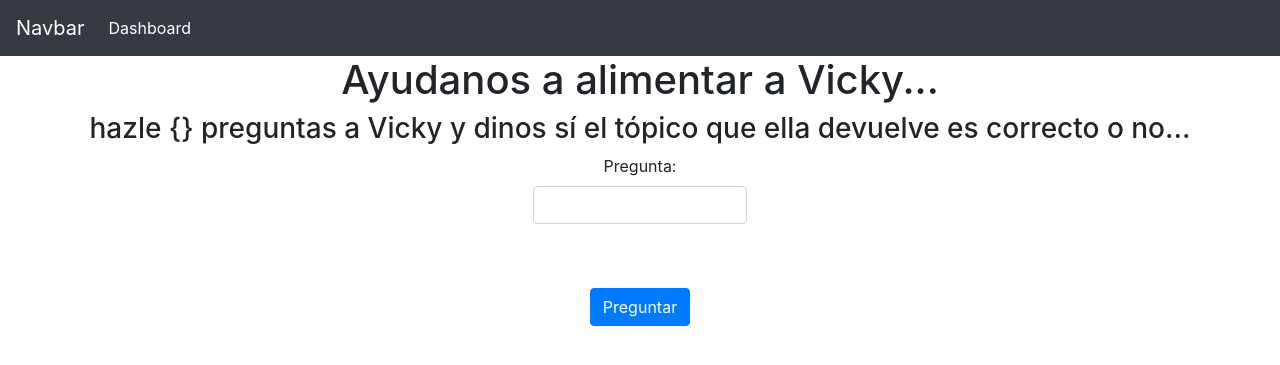
Repository: Crixtiancub/feedback_Vicky
Page: http://localhost/
An editor plug-in stored every save of this project. The page is shown before and after the next save, followed by the edit.
The browser window is 1280 px wide. The pictures show the whole page.
The page is served by the project's application, run on Django 3.2 (manage.py). Other server files are loaded and not shown.

Above is the page before, as saved 2021-04-29 08:56:35.

### vicky/templates/dashboard.html
{% extends 'main.html' %}

{% block content %}

<center>
    <h1>Ayudanos a alimentar a Vicky...</h1>

    <h3>hazle {} preguntas a Vicky y dinos sí el tópico que ella
        devuelve es correcto o no...</h3>

    <form action="{% url 'home' %}">
        {% csrf_token%}

        <div class="form-group">
            <label for="txt_pregunta_Vicky">Pregunta:</label><br>

            <input type="text" id="txt_pregunta_Vicky"
            name="pregunta_Vicky" class="col-sm-2 form-control"
            aria-placeholder="preguntale a Vicky..."><br><br>
        </div>

        <input type="submit" class="btn btn-primary" value="Preguntar">
    </form>

</center>

{% endblock %}

### vicky/templates/main.html
<!DOCTYPE html>
 <!-- Latest compiled and minified CSS -->
 <link rel="stylesheet" href="https://maxcdn.bootstrapcdn.com/bootstrap/4.5.2/css/bootstrap.min.css">

 <!-- jQuery library -->
 <script src="https://ajax.googleapis.com/ajax/libs/jquery/3.5.1/jquery.min.js"></script>

 <!-- Popper JS -->
 <script src="https://cdnjs.cloudflare.com/ajax/libs/popper.js/1.16.0/umd/popper.min.js"></script>

 <!-- Latest compiled JavaScript -->
 <script src="https://maxcdn.bootstrapcdn.com/bootstrap/4.5.2/js/bootstrap.min.js"></script>

<html>
    <head>
        <title>
            Prueba1
        </title>
    </head>
    <body>
        {% include 'navbar.html' %}

        {% block content %}

        {% endblock %}
    </body>
</html>

### vicky/templates/navbar.html
 <nav class="navbar navbar-expand-lg navbar-dark bg-dark">
    <a class="navbar-brand" href="#">Navbar</a>
    <button class="navbar-toggler" type="button" data-toggle="collapse" data-target="#navbarSupportedContent" aria-controls="navbarSupportedContent" aria-expanded="false" aria-label="Toggle navigation">
      <span class="navbar-toggler-icon"></span>
    </button>

    <div class="collapse navbar-collapse" id="navbarSupportedContent">
      <ul class="navbar-nav mr-auto">
        <li class="nav-item active">
          <a class="nav-link" href="{% url 'home' %}">Dashboard</a>
        </li>
        <!-- <li class="nav-item dropdown">
          <a class="nav-link dropdown-toggle" href="#" id="navbarDropdown" role="button" data-toggle="dropdown" aria-haspopup="true" aria-expanded="false">
            Dropdown
          </a>
          <div class="dropdown-menu" aria-labelledby="navbarDropdown">
            <a class="dropdown-item" href="#">Action</a>
            <a class="dropdown-item" href="#">Another action</a>
            <div class="dropdown-divider"></div>
            <a class="dropdown-item" href="#">Something else here</a>
          </div>
        </li>
        <li class="nav-item">
          <a class="nav-link disabled" href="#">Disabled</a>
        </li>
      </ul>
      <form class="form-inline my-2 my-lg-0">
        <input class="form-control mr-sm-2" type="search" placeholder="Search" aria-label="Search">
        <button class="btn btn-outline-success my-2 my-sm-0" type="submit">Search</button>
      </form> -->
    </div>
  </nav>

### vicky/views.py
from django.shortcuts import render


from vicky import templates
# Create your views here.


def home(request):
    return render(request, 'dashboard.html')

### prueba_Vicky/urls.py
"""prueba_Vicky URL Configuration

The `urlpatterns` list routes URLs to views. For more information please see:
    https://docs.djangoproject.com/en/3.2/topics/http/urls/
Examples:
Function views
    1. Add an import:  from my_app import views
    2. Add a URL to urlpatterns:  path('', views.home, name='home')
Class-based views
    1. Add an import:  from other_app.views import Home
    2. Add a URL to urlpatterns:  path('', Home.as_view(), name='home')
Including another URLconf
    1. Import the include() function: from django.urls import include, path
    2. Add a URL to urlpatterns:  path('blog/', include('blog.urls'))
"""
from django.contrib import admin
from django.urls import path, include

urlpatterns = [
    path('admin/', admin.site.urls),
    path('', include('vicky.urls'))
]

### vicky/urls.py
from django.urls import path
from . import views
from django.conf.urls import url


# Direccionamiento de las paginas
urlpatterns = [
    path(r'', views.home, name="home"),
]

After the next save:
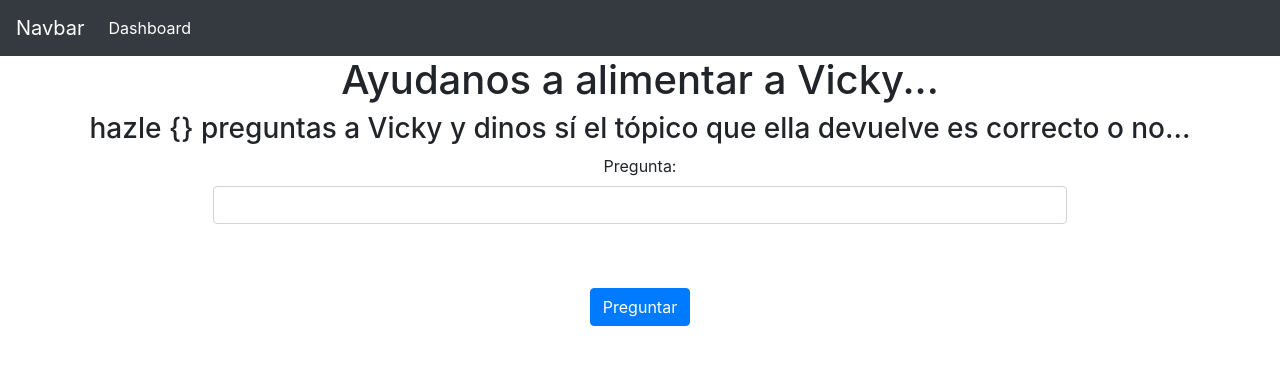
Saved 16 s later.
--- a/vicky/templates/dashboard.html
+++ b/vicky/templates/dashboard.html
@@ -15,7 +15,7 @@
             <label for="txt_pregunta_Vicky">Pregunta:</label><br>
 
             <input type="text" id="txt_pregunta_Vicky"
-            name="pregunta_Vicky" class="col-sm-2 form-control"
+            name="pregunta_Vicky" class="col-sm-8 form-control"
             aria-placeholder="preguntale a Vicky..."><br><br>
         </div>
 
